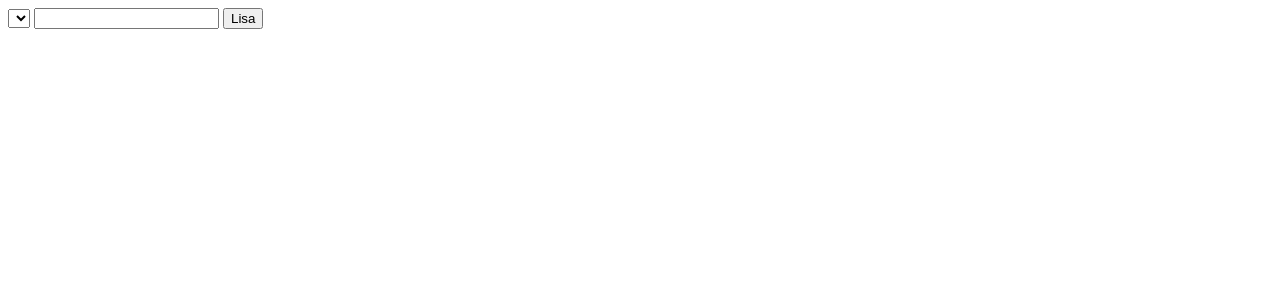
Repository: vikatgen/MTUE-API
Page: index.html
An editor plug-in stored every save of this project. The page is shown before and after the next save, followed by the edit.
The browser window is 1280 px wide. The pictures show the whole page.
The page's requests for data from a server got no answer.

Above is the page before, as saved 2020-03-25 13:55:29.
Console error: SyntaxError: Identifier 'total' has already been declared

### index.html
<!DOCTYPE html>
<html lang="en">
  <head>
    <meta charset="UTF-8" />
    <meta name="viewport" content="width=device-width, initial-scale=1.0" />
    <title>MTÜ Emale</title>
  </head>
  <body>
    <div>
      <span id="total"></span>
    </div>
    <div>
      <select id="occupation-select">
        <option></option>
      </select>
      <input type="text" id="hour-input" />
      <input type="submit" value="Lisa" id="submit" />
    </div>

    <script src="/app.js"></script>
  </body>
</html>

### app.js
// http://andmebaas.stat.ee/sdmx-json/data/PA633/74+DBL113+DBL200+DBL245+DBL432.3.1/all?startTime=2014&endTime=2014&dimensionAtObservation=allDimensions

let occupations = {
  DBL200: { name: "Fotograaf", rate: 0 },
  DBL432: { name: "Köögiabiline", rate: 0 },
  74: { name: "Kutseõpetaja", rate: 0 },
  DBL113: { name: "Psühholoog", rate: 0 },
  DBL245: { name: "Kokk", rate: 0 }
};

let total = 0;

const occupationSelect = document.querySelector("#occupation-select");
const hourInput = document.querySelector("#hour-input");
const submitBtn = document.querySelector("#submit");
const total = document.querySelector("#total");

for (const key in occupations) {
  let option = document.createElement("option");
  option.value = key;
  option.text = occupations[key].name;
  occupationSelect.append(option);
}

fetch(
  "http://andmebaas.stat.ee/sdmx-json/data/PA633/74+DBL113+DBL200+DBL245+DBL432.3.1/all?startTime=2014&endTime=2014&dimensionAtObservation=allDimensions"
)
  .then(response => {
    return response.json();
  })
  .then(data => {
    data.structure.dimensions.observation[0].values.forEach((el, i) => {
      console.log(el.id);
      const key = i + ":0:0:0";
      const occupationRate = data.dataSets[0].observations[key][0];
      occupations[el.id].rate = occupationRate;
    });
    submitBtn.addEventListener("click", event => {
      const selectedKey = occupationSelect.value;
      const hours = hourInput.value;

      if (selectedKey && hours) {
        const salary = hours * occupations[selectedKey].rate;
        total += salary;
      }
    });
  });

After the next save:
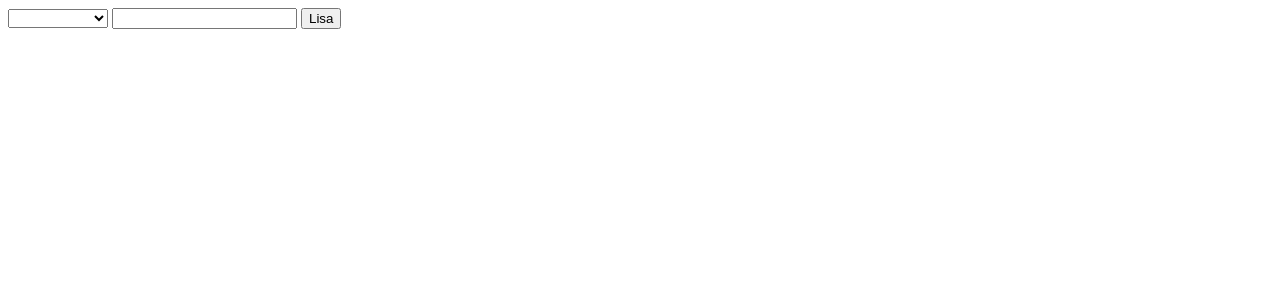
The error is gone.
Saved 16 s later.
--- a/app.js
+++ b/app.js
@@ -13,7 +13,7 @@ let total = 0;
 const occupationSelect = document.querySelector("#occupation-select");
 const hourInput = document.querySelector("#hour-input");
 const submitBtn = document.querySelector("#submit");
-const total = document.querySelector("#total");
+const totalDiv = document.querySelector("#total");
 
 for (const key in occupations) {
   let option = document.createElement("option");
